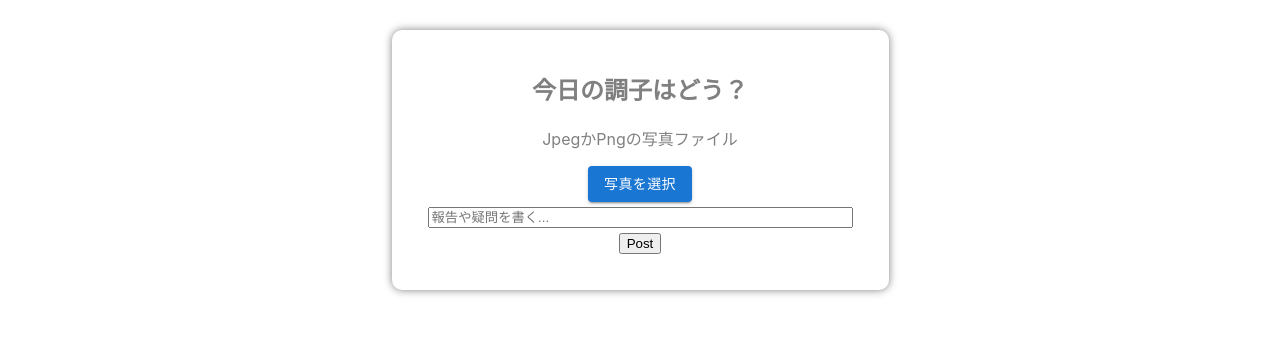
Repository: Seiya00002/seeds_surfers_react_sns
Page: /
An editor plug-in stored every save of this project. The page is shown before and after the next save, followed by the edit.
The browser window is 1280 px wide. The pictures show the whole page.
The page's requests for data from a server got no answer. The project was rebuilt for these pictures with package versions that can differ from the ones it lists, and the page was loaded fresh each time. No one was signed in, and anything a server would have sent is missing. Also part of the build but not shown: src/Post.css, src/Post.tsx.

Above is the page before, as saved 2023-08-03 07:48:09.

After the next save:
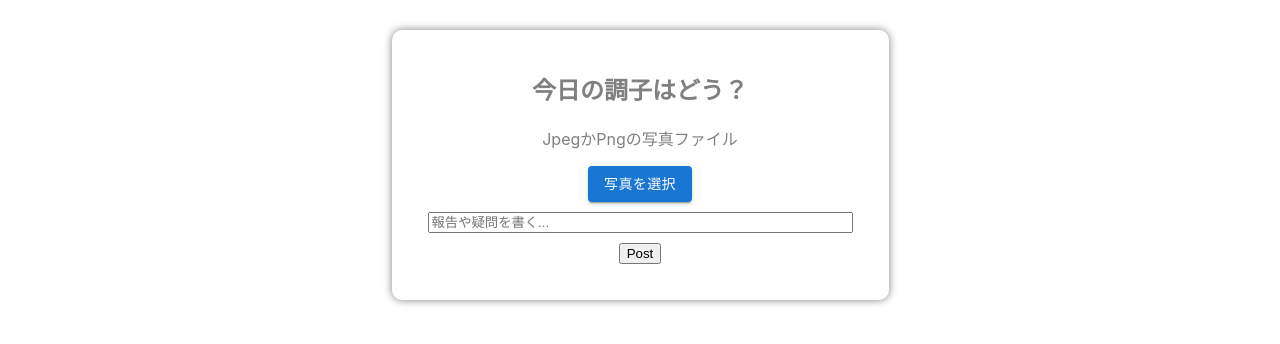
Saved 12 s later.
--- a/src/PostUploader.css
+++ b/src/PostUploader.css
@@ -38,7 +38,7 @@
   }
 
   .textPost {
-    margin: 5px 0;
+    margin: 10px 0;
   }
 
   .textUploadInput {
